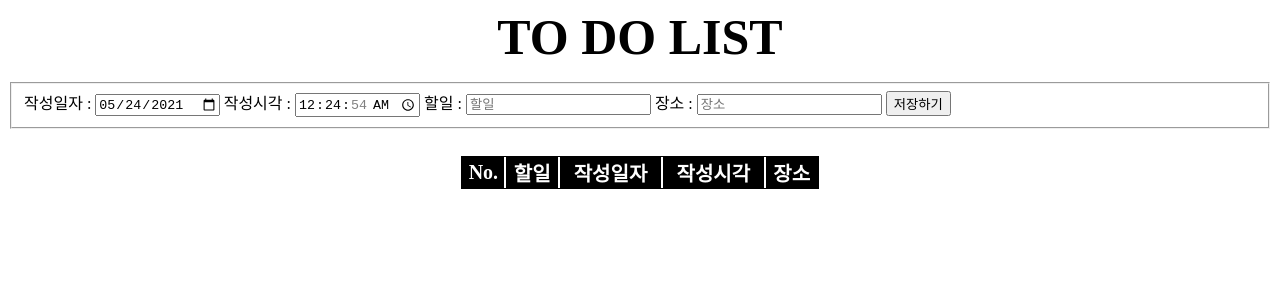
Repository: kimyoungjin98/Exam_Project
Page: http://localhost/Server_PR_TodoList/
These files come from the project's save history. The page is drawn as it stood at one moment and after the next save; the edit follows.
The browser window is 1280 px wide. The pictures show the whole page.
The page is served by Tomcat 9. Other server files are loaded and not shown. Queries for data that is not in the repository find no rows.

Above is the page before, as saved 2021-05-24 06:24:44.

### Server_PR_TodoList/src/main/webapp/WEB-INF/views/home.jsp
<%@ page language="java" contentType="text/html; charset=UTF-8"
    pageEncoding="UTF-8"%>
<%@ taglib uri="http://java.sun.com/jsp/jstl/core" prefix="c"%>
<c:set value="${pageContext.request.contextPath}" var="rootPath" />
<!DOCTYPE html>
<html>

<head>
<meta charset="UTF-8">
<title>어서오세요</title>
</head>
<script>
document.addEventListener("DOMContentLoaded",function(ev){

	document.querySelector("table")
	.addEventListener("click", function(ev){

		let tag = ev.target.tagName

		if(tag == "TD"){

			let seq = ev.target.closest("TR").dataset.seq

			document.location.href="${rootPath}/todo/view?td_seq=" + seq

		}

	})

})


</script>
<style>
table{
	width:30%;
	text-align: center;
	margin:3px auto;
	font-size:20px;
	padding:10px;

}

table td{
	cursor:pointer;
	padding:5-%;


}

table tr:hover{
	background-color: lightgray;
}

table tr{
	border:1px solid black;
	outline:1px solid black;
}

table th{
	background-color: black;
	color:white;

}


</style>
<body>

	<%@ include file="/WEB-INF/views/banner.jsp" %>
	<p>
	<%@ include file="/WEB-INF/views/write.jsp" %>
	<p>
		<table>
		<th>No.</th>
		<th>할일</th>
		<th>작성일자</th>
		<th>작성시각</th>
		<th>장소</th>

		<c:forEach items="${TDLIST}" var="TD" varStatus="index">
			<tr data-seq="${TD.td_seq}">
				<td>${index.count}</td>
				<td>${TD.td_content}</td>
				<td>${TD.td_date}</td>
				<td>${TD.td_time}</td>
				<td>${TD.td_place}</td>
			</tr>

		</c:forEach>

	</table>

</body>
</html>

### Server_PR_TodoList/src/main/webapp/WEB-INF/views/banner.jsp
<%@ page language="java" contentType="text/html; charset=UTF-8"
    pageEncoding="UTF-8"%>
<%@ taglib uri="http://java.sun.com/jsp/jstl/core" prefix="c"%>
<c:set value="${pageContext.request.contextPath}" var="rootPath" />
<!DOCTYPE html>
<html>
<head>
<meta charset="UTF-8">
<title>Insert title here</title>
</head>
<style>
h1{
	margin:auto;
	text-align: center;
	font-size:50px;
}


</style>
<body>
	<h1>TO DO LIST</h1>
</body>
</html>

### Server_PR_TodoList/src/main/webapp/WEB-INF/views/write.jsp
<%@ page language="java" contentType="text/html; charset=UTF-8"
    pageEncoding="UTF-8"%>
<%@ taglib uri="http://java.sun.com/jsp/jstl/core" prefix="c"%>
<c:set value="${pageContext.request.contextPath}" var="rootPath" />
<!DOCTYPE html>
<html>
<head>
<meta charset="UTF-8">
<title>Insert title here</title>
</head>
<script type="text/javascript">
document.addEventListener("DOMContentLoaded", function(ev){
	document.querySelector("button")
	.addEventListener("click",function(ev){

		let td_date = document.querySelector("input[name='td_date']")
		let td_time = document.querySelector("input[name='td_time']")
		let td_content = document.querySelector("input[name='td_content']")
		let td_place = document.querySelector("input[name='td_place']")

		document.querySelector("form").submit();

	})

})

</script>
<style>

	form.1 label, form.1 input{
		margin-left:20px;
	}



</style>
<body>
<fieldset>
	<form method="POST" class="1">
	<label>작성일자 : </label><input name="td_date" placeholder="작성일자" type="date" value="${TD.td_date}">
	<label>작성시각 : </label><input name="td_time" placeholder="작성시각" type="time" value="${TD.td_time}">
	<label>할일 : </label>
	<input name="td_content" placeholder="할일" value="${TD.td_content}"></input>
	<label>장소 : </label><input name="td_place" placeholder="장소" value="${TD.td_place}">

		<button>저장하기</button>
	</form>
</fieldset>
</body>
</html>

### Server_PR_TodoList/src/main/java/com/callor/todo/controller/HomeController.java
package com.callor.todo.controller;

import java.io.IOException;
import java.text.SimpleDateFormat;
import java.util.Date;
import java.util.List;

import javax.servlet.ServletException;
import javax.servlet.annotation.WebServlet;
import javax.servlet.http.HttpServlet;
import javax.servlet.http.HttpServletRequest;
import javax.servlet.http.HttpServletResponse;

import com.callor.todo.model.TodoVO;
import com.callor.todo.service.TodoService;
import com.callor.todo.service.impl.TodoServiceImplV1;

@WebServlet("/")
public class HomeController extends HttpServlet{

	protected TodoService tdService;

	public HomeController() {

		tdService = new TodoServiceImplV1();

	}

	@Override
	protected void doGet(HttpServletRequest req, HttpServletResponse resp) throws ServletException, IOException {


		List<TodoVO> tdList = tdService.selectAll();

		req.setAttribute("TDLIST", tdList);

		SimpleDateFormat sDate = new SimpleDateFormat("yyyy-MM-dd");
		SimpleDateFormat sTime = new SimpleDateFormat("HH:mm:ss");
		Date date = new Date(System.currentTimeMillis());

		TodoVO tdVO = new TodoVO();

		tdVO.setTd_date(sDate.format(date));
		tdVO.setTd_time(sTime.format(date));

		req.setAttribute("TD", tdVO);

		ReqController.forward(resp, req, "home");

	}

	@Override
	protected void doPost(HttpServletRequest req, HttpServletResponse resp) throws ServletException, IOException {


		req.setCharacterEncoding("UTF-8");

		String td_date = req.getParameter("td_date");
		String td_content = req.getParameter("td_content");
		String td_time = req.getParameter("td_time");
		String td_place = req.getParameter("td_place");

		TodoVO tdVO = new TodoVO();

		tdVO.setTd_content(td_content);
		tdVO.setTd_date(td_date);
		tdVO.setTd_place(td_place);
		tdVO.setTd_time(td_time);

		tdService.insert(tdVO);

		System.out.println(tdVO.toString());

		resp.sendRedirect("/todo/");

	}

}

### Server_PR_TodoList/src/main/java/com/callor/todo/service/impl/TodoServiceImplV1.java
package com.callor.todo.service.impl;

import java.sql.Connection;
import java.sql.PreparedStatement;
import java.sql.ResultSet;
import java.sql.SQLException;
import java.util.ArrayList;
import java.util.List;

import com.callor.todo.config.DBConnect;
import com.callor.todo.model.TodoVO;
import com.callor.todo.service.TodoService;
import com.mysql.cj.x.protobuf.MysqlxPrepare.Prepare;

public class TodoServiceImplV1 implements TodoService {

	protected Connection dbConn;

	public TodoServiceImplV1() {

		dbConn = DBConnect.getDB();

	}

	protected List<TodoVO> select(PreparedStatement pStr) throws SQLException {

		List<TodoVO> tdList = new ArrayList<TodoVO>();
		ResultSet rSet = pStr.executeQuery();

		while (rSet.next()) {

			TodoVO tdVO = new TodoVO();

			tdVO.setTd_content(rSet.getString("td_content"));
			tdVO.setTd_date(rSet.getString("td_date"));
			tdVO.setTd_place(rSet.getString("td_place"));
			tdVO.setTd_time(rSet.getString("td_time"));
			tdVO.setTd_seq(rSet.getLong("td_seq"));
			tdList.add(tdVO);

		}

		return tdList;
	}

	@Override
	public List<TodoVO> selectAll() {
		// TODO Auto-generated method stub

		String sql = " SELECT * FROM tbl_todo ";

		PreparedStatement pStr = null;

		try {

			pStr = dbConn.prepareStatement(sql);
			List<TodoVO> tdList = this.select(pStr);


			return tdList;

		} catch (SQLException e) {
			// TODO Auto-generated catch block
			e.printStackTrace();
		}

		return null;
	}

	@Override
	public TodoVO findById(Long td_seq) {
		// TODO Auto-generated method stub

		String sql = " SELECT * FROM tbl_todo ";
		sql += " WHERE td_seq = ? ";

		PreparedStatement pStr = null;

		try {
			pStr = dbConn.prepareStatement(sql);
			pStr.setLong(1, td_seq);

			List<TodoVO> tdList = this.select(pStr);

			if(tdList != null && tdList.size() > 0) {

				return tdList.get(0);
			}

		} catch (SQLException e) {
			// TODO Auto-generated catch block
			e.printStackTrace();
		}

		return null;
	}

	@Override
	public Integer insert(TodoVO tdVO) {
		// TODO Auto-generated method stub

		String sql = " INSERT INTO tbl_todo ";
		sql += " (td_content, td_date, td_time, td_place) ";
		sql += " VALUES(?,?,?,?) ";

		PreparedStatement pStr = null;

		try {
			pStr = dbConn.prepareStatement(sql);
			pStr.setString(1, tdVO.getTd_content());
			pStr.setString(2, tdVO.getTd_date());
			pStr.setString(3, tdVO.getTd_time());
			pStr.setString(4, tdVO.getTd_place());

			return pStr.executeUpdate();



		} catch (SQLException e) {
			// TODO Auto-generated catch block
			e.printStackTrace();
		}

		return null;
	}

	@Override
	public Integer update(TodoVO tdVO) {
		// TODO Auto-generated method stub

		String sql = " UPDATE tbl_todo SET ";
		sql += " td_content = ?, ";
		sql += " td_date = ?, ";
		sql += " td_time = ?, ";
		sql += " td_place = ? ";
		sql += " WHERE td_seq = ? ";

		PreparedStatement pStr = null;

		try {
			pStr = dbConn.prepareStatement(sql);
			pStr.setString(1, tdVO.getTd_content());
			pStr.setString(2, tdVO.getTd_date());
			pStr.setString(3, tdVO.getTd_time());
			pStr.setString(4, tdVO.getTd_place());
			pStr.setLong(5, tdVO.getTd_seq());


			return pStr.executeUpdate();


		} catch (SQLException e) {
			// TODO Auto-generated catch block
			e.printStackTrace();
		}

		return null;
	}

	@Override
	public Integer delete(Long td_seq) {
		// TODO Auto-generated method stub

		String sql = " DELETE FROM tbl_todo ";
		sql += " WHERE td_seq = ? ";

		PreparedStatement pStr = null;

		try {
			pStr = dbConn.prepareStatement(sql);
			pStr.setLong(1, td_seq);

			return pStr.executeUpdate();
		} catch (SQLException e) {
			// TODO Auto-generated catch block
			e.printStackTrace();
		}



		return null;
	}

}

### Server_PR_TodoList/src/main/java/com/callor/todo/config/DBConnect.java
package com.callor.todo.config;

import java.sql.Connection;
import java.sql.DriverManager;
import java.sql.SQLException;

public class DBConnect {

	private static Connection dbConn;

	static {

		String driver = "com.mysql.cj.jdbc.Driver";
		String url = "jdbc:mysql://localhost:3306/todo";
		String user = "todoList";
		String pw = "1234";

		try {
			Class.forName(driver);

			if (dbConn == null) {
				dbConn = DriverManager.getConnection(url, user, pw);
			}

			System.out.println("DB 접속 성공");

		} catch (ClassNotFoundException e) {
			// TODO Auto-generated catch block
			e.printStackTrace();
		} catch (SQLException e) {
			// TODO Auto-generated catch block
			e.printStackTrace();
		}

	}

	public static Connection getDB() {

		return dbConn;
	}

}

### Server_PR_TodoList/src/main/java/com/callor/todo/model/TodoVO.java
package com.callor.todo.model;

import lombok.AllArgsConstructor;
import lombok.Getter;
import lombok.NoArgsConstructor;
import lombok.Setter;
import lombok.ToString;

@Getter
@Setter
@ToString
@AllArgsConstructor
@NoArgsConstructor
public class TodoVO {

	private Long td_seq;
	private String td_place;
	private String td_date;
	private String td_time;
	private String td_content;

}

### Server_PR_TodoList/src/main/java/com/callor/todo/controller/ReqController.java
package com.callor.todo.controller;

import java.io.IOException;

import javax.servlet.ServletException;
import javax.servlet.http.HttpServlet;
import javax.servlet.http.HttpServletRequest;
import javax.servlet.http.HttpServletResponse;

public class ReqController extends HttpServlet{

	public static void forward(HttpServletResponse res, HttpServletRequest req, String file) throws ServletException, IOException {

		String root = "/WEB-INF/views/" + file + ".jsp";

		req.getRequestDispatcher(root).forward(req, res);

	}

}

After the next save:
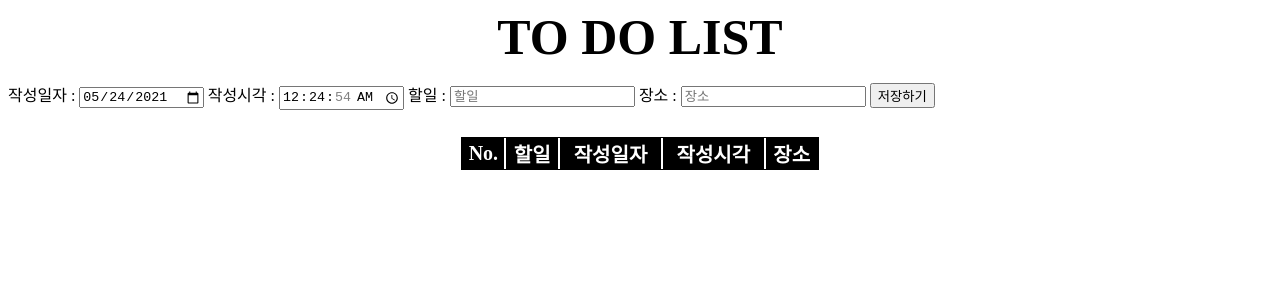
Saved 15 s later.
--- a/Server_PR_TodoList/src/main/webapp/WEB-INF/views/write.jsp
+++ b/Server_PR_TodoList/src/main/webapp/WEB-INF/views/write.jsp
@@ -35,7 +35,7 @@ document.addEventListener("DOMContentLoaded", function(ev){
 
 </style>
 <body>
-<fieldset>
+
 	<form method="POST" class="1">
 	<label>작성일자 : </label><input name="td_date" placeholder="작성일자" type="date" value="${TD.td_date}">
 	<label>작성시각 : </label><input name="td_time" placeholder="작성시각" type="time" value="${TD.td_time}">
@@ -45,6 +45,6 @@ document.addEventListener("DOMContentLoaded", function(ev){
 
 		<button>저장하기</button>
 	</form>
-</fieldset>
+
 </body>
 </html>
